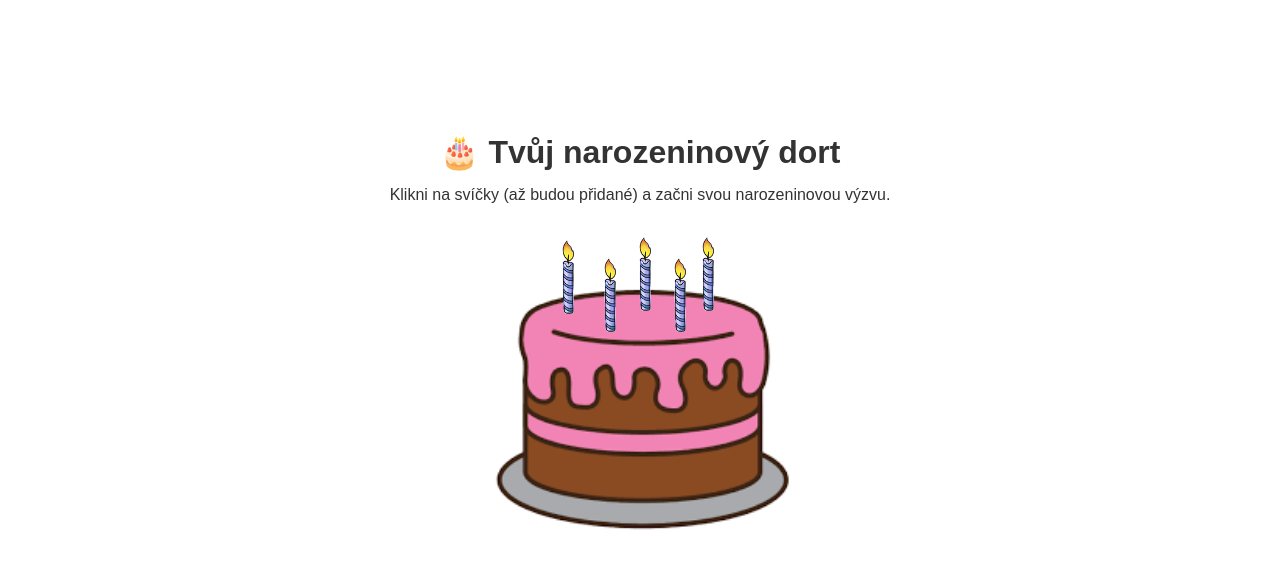
Repository: DanielMicka/darek
Page: html/cake.html
These files come from the project's save history. The page is drawn as it stood at one moment and after the next save; the edit follows.
The browser window is 1280 px wide. The pictures show the whole page.

Above is the page before, as saved 2026-06-13 19:34:23.

After the next save:
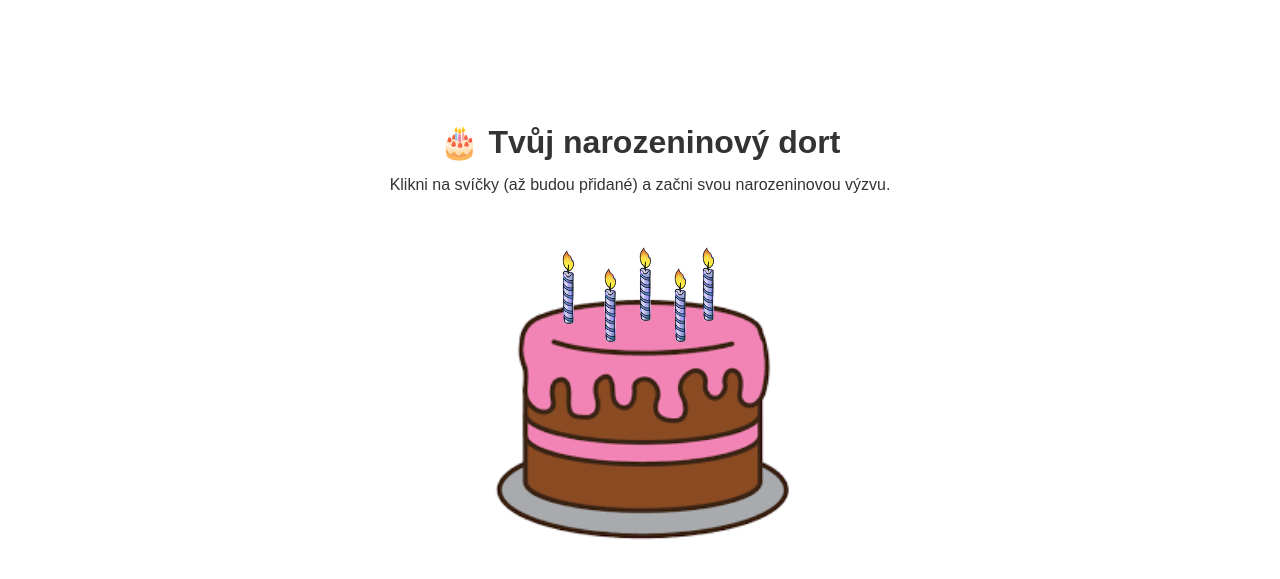
Saved 4 s later.
--- a/html/cake.html
+++ b/html/cake.html
@@ -15,7 +15,7 @@
 
         <p>Klikni na svíčky (až budou přidané) a začni svou narozeninovou výzvu.</p>
 
-        <div class="cake-wrapper" style="margin-top: 30px;">
+        <div class="cake-wrapper" style="margin-top: 50px;">
             <img src="/cake.png" class="cake">
 
             <!-- Svíčka 1 -->
